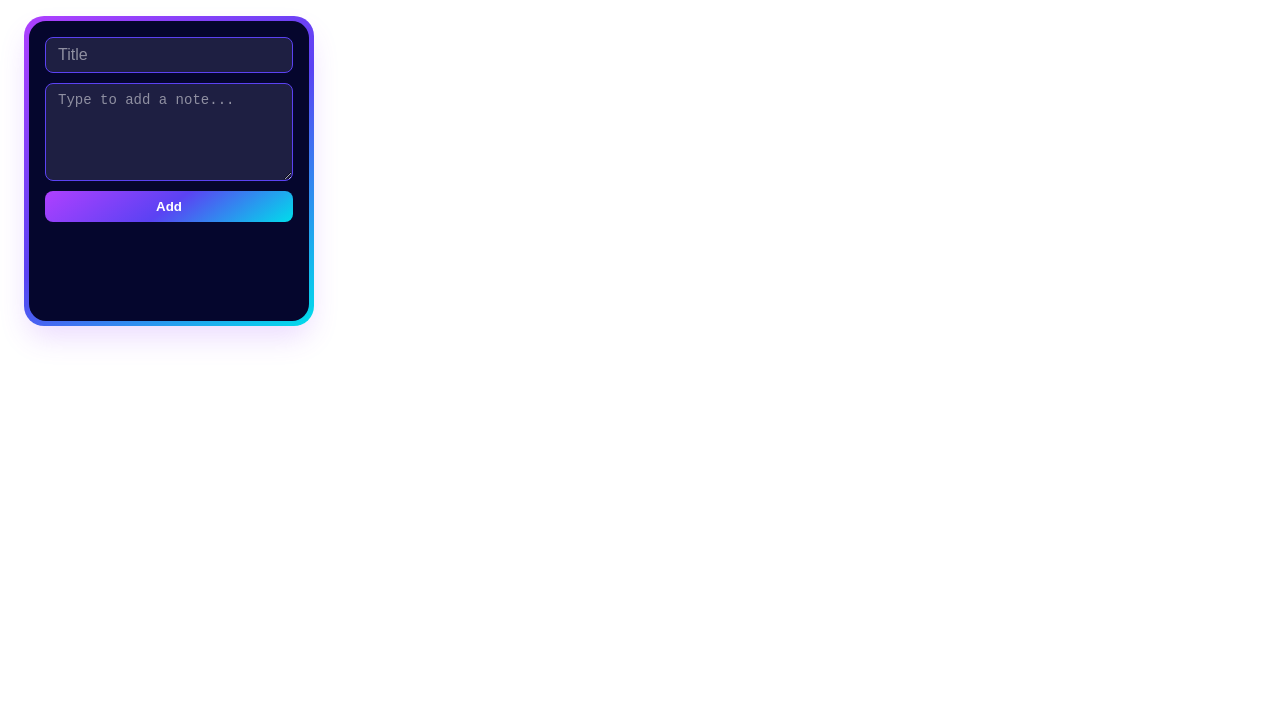
Repository: AJANI2005/Notes-App
Page: /
These files come from the project's save history. The page is drawn as it stood at one moment and after the next save; the edit follows.
The browser window is 1280 px wide. The pictures show the whole page.
The project was rebuilt for these pictures with package versions that can differ from the ones it lists, and the page was loaded fresh each time. Also part of the build but not shown: vite.config.ts, src/style/dialogbox.css, src/DialogBox.tsx.

Above is the page before, as saved 2025-07-31 18:26:31.

### src/index.css
:root {
  font-family: system-ui, Avenir, Helvetica, Arial, sans-serif;
  font-synthesis: none;
  text-rendering: optimizeLegibility;
  -webkit-font-smoothing: antialiased;
  -moz-osx-font-smoothing: grayscale;
}

### src/App.tsx
import { useEffect, useState } from 'react';

// styles
import "./style/note.css"
import DialogBox from './DialogBox';


interface Note {
  id: number
  title: string;
  text: string;
}

const Note = () => {
  const [text, setText] = useState('');
  const [title, setTitle] = useState('');


  //Initialize Local Storage
  useEffect(() => {
    if (!localStorage.getItem("notes")) {
      localStorage.setItem("notes", JSON.stringify([]))
    }
    if (localStorage.getItem("title")) {
      setTitle(JSON.parse(localStorage.getItem("title")!))
    }
    if (localStorage.getItem("text")) {
      setText(JSON.parse(localStorage.getItem("text")!))
    }
  }, [])

  // Store Current Data (On Refresh)
  useEffect(() => {
    if (text === '' && title === '') return
    localStorage.setItem("title", JSON.stringify(title))
    localStorage.setItem("text", JSON.stringify(text))
  }, [text, title])

  const createNote = () => {
    const note = {
      id: Date.now(),
      title: title,
      text: text
    } as Note

    // add note
    const notes = JSON.parse(localStorage.getItem("notes")!)
    notes.push(note)
    localStorage.setItem("notes", JSON.stringify(notes))

    // reset state
    setTitle("")
    setText("")
    localStorage.setItem("title", JSON.stringify(""))
    localStorage.setItem("text", JSON.stringify(""))
  }

  return (
    <form className='note'>
      <div className="note-content">
        <input
          value={title}
          placeholder='Title'
          onChange={(e) => setTitle(e.target.value)}
          type="text" className='note-title-input' />
        <textarea
          value={text}
          onChange={(e) => setText(e.target.value)}
          className='note-input'
          placeholder='Type to add a note...'></textarea>
        <button className='addBtn' onClick={createNote}>Add</button>
      </div>

    </form>
  )
}

function App() {

  const [notes, setNotes] = useState([]);



  const [editing, setEditing] = useState(false);
  const [currentNote, setCurrentNote] = useState<Note | undefined>(undefined);


  //Initialize Local Storage
  useEffect(() => {
    if (localStorage.getItem("notes")) {
      setNotes(JSON.parse(localStorage.getItem("notes")!))
    }
  }, [])

  //Save current note
  const saveNote = () => {
    const notes = JSON.parse(localStorage.getItem("notes")!)
    const index = notes.findIndex((note: Note) => note.id === currentNote?.id)
    notes[index] = currentNote
    localStorage.setItem("notes", JSON.stringify(notes))
    setEditing(false)
    // refresh
    window.location.reload()
  }
  //Delete note
  const deleteNote = () => {
    const notes = JSON.parse(localStorage.getItem("notes")!)
    const index = notes.findIndex((note: Note) => note.id === currentNote?.id)
    notes.splice(index, 1)
    localStorage.setItem("notes", JSON.stringify(notes))
    setEditing(false)
    // refresh
    window.location.reload()
  }

  return (
    <>
      <Note />
      {/* Display Notes */}
      <div className='notes-grid'>
        {notes.map((note: Note, index) => (
          <div key={index} className='note'>
            <div className='note-content'>
              <h2 className='note-title'>{note.title}</h2>
              <p className='note-text'>{note.text}</p>
              <button className='deleteBtn'
                onClick={deleteNote}>✖</button>
              <button className='editBtn' onClick={() => {
                setEditing(true);
                setCurrentNote(note);
              }}
              >📝</button>
            </div>
          </div>))}
      </div>

      {/* Edit Dialog Box */}
      <DialogBox isOpen={editing} onClose={() => setEditing(false)}>
        <form className='note'>
          <div className='note-content'>
            <input
              value={currentNote?.title}
              placeholder='Title'
              onChange={(e) => setCurrentNote({ ...currentNote, title: e.target.value } as Note)}
              type="text" className='note-title-input' />

            <textarea
              value={currentNote?.text}
              onChange={(e) => setCurrentNote({ ...currentNote, text: e.target.value } as Note)}
              className='note-input'
              placeholder='Type to add a note...'></textarea>

            <button className='addBtn' onClick={() => {
              saveNote()
              setEditing(false)
            }}>Save</button>
          </div>
        </form>
      </DialogBox>
    </>
  )
}

export default App

### src/style/note.css
/* Outer Note Card - gradient like .card */
.note {
  display: flex;
  flex-direction: column;
  gap: 10px;
  padding: 5px; /* leave room for inner card content */
  width: 280px;
  height: 300px; /* optional fixed height for card-like look */
  border-radius: 20px;
  background-image: linear-gradient(144deg, #AF40FF, #5B42F3 50%, #00DDEB);
  box-shadow: rgba(151, 65, 252, 0.2) 0 15px 30px -5px;
  position: relative;
  margin: 16px;
  transition: transform 0.2s ease;
}

.note:hover {
  transform: translateY(-3px);
}

/* Inner dark content like .card__content */
.note-content {
  background: rgb(5, 6, 45); /* dark inner content */
  border-radius: 17px;
  flex: 1;
  padding: 16px;
  display: flex;
  flex-direction: column;
  gap: 10px;
  padding-bottom: 50px; /* make space for delete/edit buttons */
  color: white;
  position: relative;
}

/* Title input */
.note-title-input {
  padding: 8px 12px;
  font-size: 16px;
  font-weight: 500;
  border-radius: 8px;
  border: 1px solid #5B42F3;
  background: rgba(255,255,255,0.1);
  color: white;
  outline: none;
  transition: 0.2s;
}

.note-title-input::placeholder {
  color: rgba(255,255,255,0.5);
}

.note-title-input:focus {
  border-color: #00DDEB;
}

/* Textarea input */
.note-input {
  min-height: 80px;
  resize: vertical;
  padding: 8px 12px;
  font-size: 14px;
  border-radius: 8px;
  border: 1px solid #5B42F3;
  background: rgba(255,255,255,0.1);
  color: white;
  outline: none;
  transition: 0.2s;
}

.note-input::placeholder {
  color: rgba(255,255,255,0.5);
}

.note-input:focus {
  border-color: #00DDEB;
}

/* Add Button - matches gradient theme */
.addBtn {
  background-image: linear-gradient(144deg, #AF40FF, #5B42F3 50%, #00DDEB);
  color: white;
  border: none;
  padding: 8px 12px;
  border-radius: 8px;
  font-weight: 600;
  cursor: pointer;
  transition: transform 0.2s ease;
}

.addBtn:hover {
  transform: scale(1.05);
}

/* Delete and Edit Buttons */
.deleteBtn,
.editBtn {
  position: absolute;
  bottom: 12px;
  border: none;
  padding: 6px 10px;
  font-size: 14px;
  border-radius: 6px;
  cursor: pointer;
  color: white;
  transition: transform 0.2s ease, background-color 0.2s ease;
}

.deleteBtn {
  left: 12px;
  background-color: #ff6b6b;
}

.deleteBtn:hover {
  background-color: #e63946;
  transform: scale(1.05);
}

.editBtn {
  left: 65px;
  background-color: #4ff10f;
  color: #111;
}

.editBtn:hover {
  background-color: #49d611;
  transform: scale(1.05);
}

/* Title of the note */
.note-title {
  font-size: 18px;
  font-weight: 600;
  color: white;
  margin-bottom: 8px;
}

/* Text content of the note */
.note-text {
  font-size: 14px;
  color: rgba(255,255,255,0.85);
  line-height: 1.5;
  white-space: pre-wrap; /* respect \n */
}

/* Grid for all notes */
.notes-grid {
  display: grid;
  grid-template-columns: repeat(auto-fill, minmax(250px, 1fr));
  gap: 16px;
  padding: 20px;
  justify-items: center;
}

Loaded but not shown: index.html (common file); src/main.tsx (common file)

After the next save:
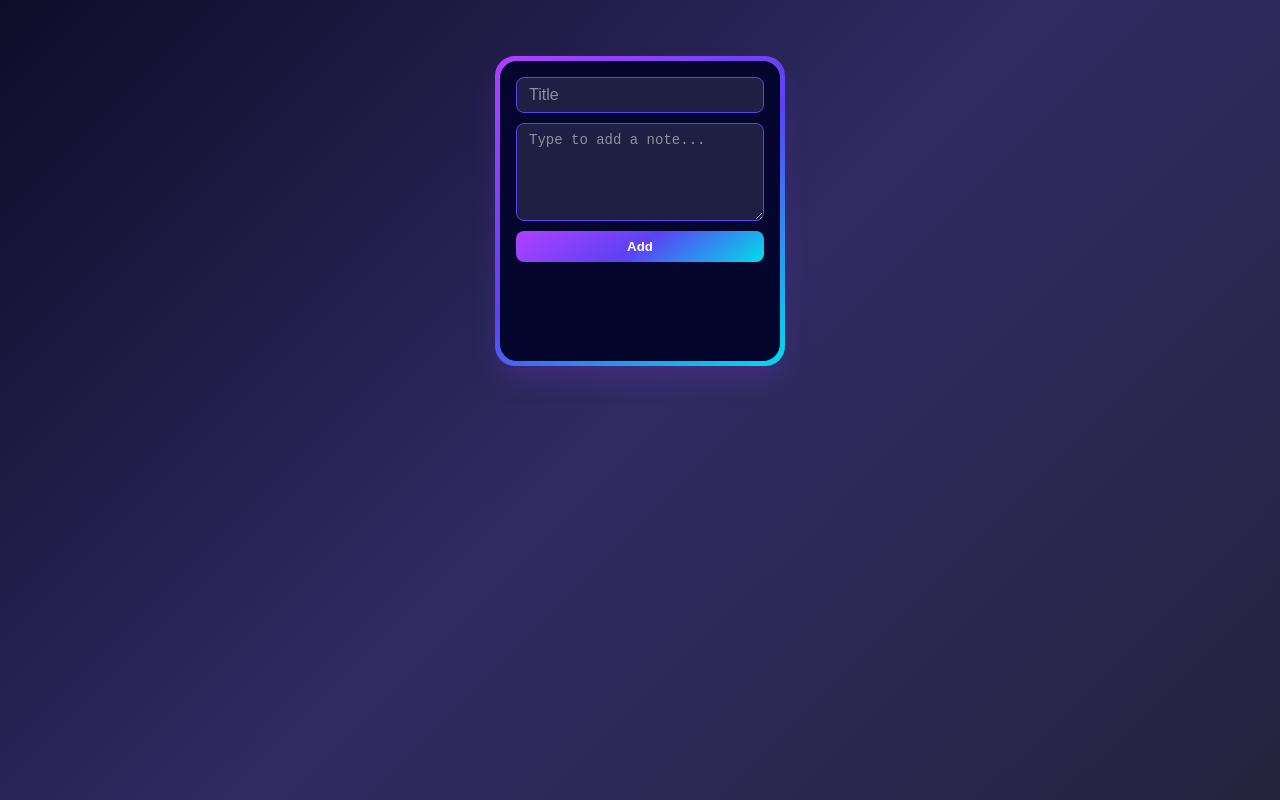
Saved 62 s later.
--- a/src/index.css
+++ b/src/index.css
@@ -5,3 +5,14 @@
   -webkit-font-smoothing: antialiased;
   -moz-osx-font-smoothing: grayscale;
 }
+body {
+  margin: 0;
+  font-family: 'Inter', sans-serif;
+  background: linear-gradient(135deg, #0f0c29, #302b63, #24243e);
+  min-height: 100vh;
+  display: flex;
+  justify-content: center;
+  align-items: start;
+  padding: 40px 0;
+  color: white;
+}
